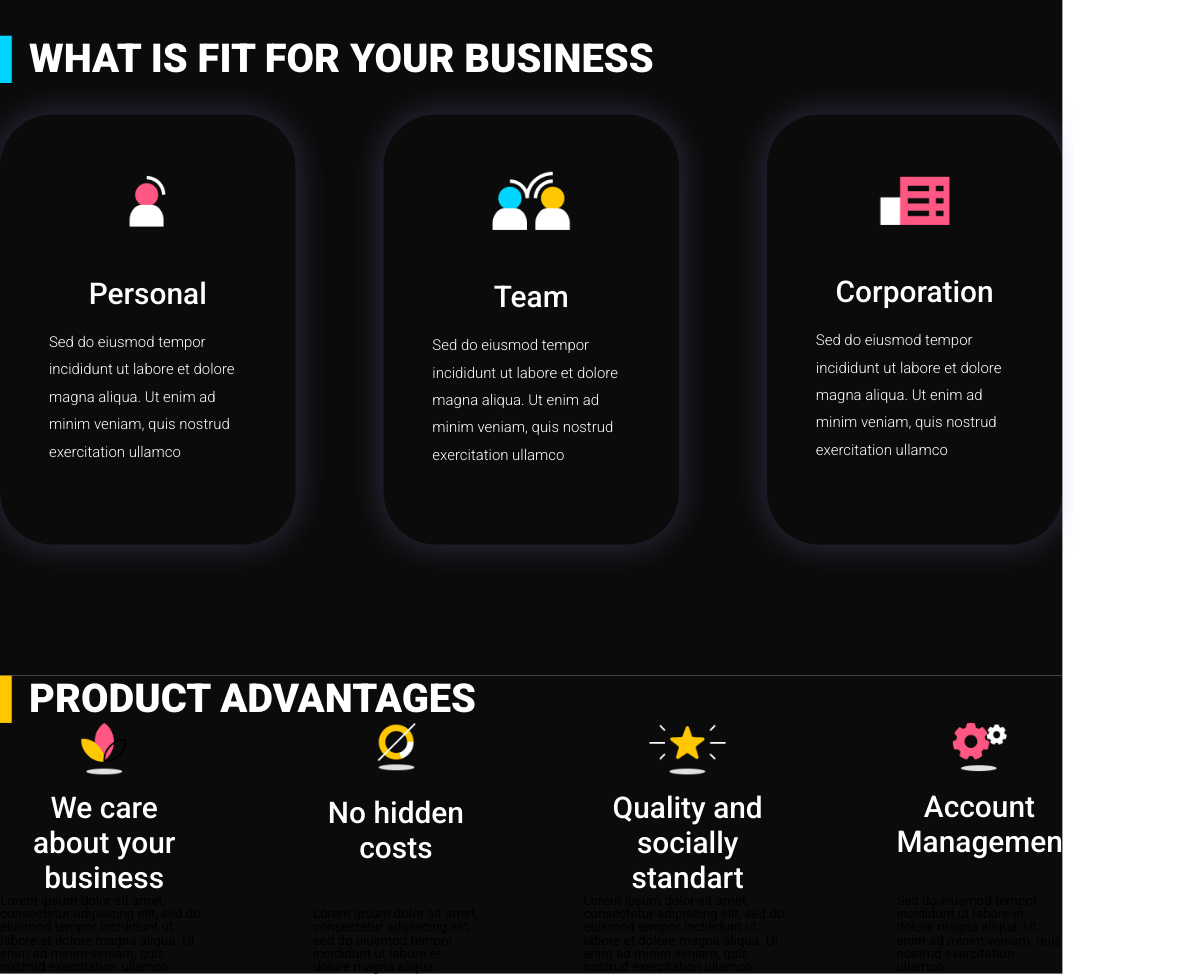
Repository: VetaWhale/team-site-test
Page: index.html
The author's editor kept a copy of each file at every save. The page is drawn from the files as they stood at one save, then again after a run of saves.
The browser window is 1280 px wide. The page is 1293 px wide, then 1443 px, then 1293 px, so the pictures cover 1443 px, including what lies to the right of the window. The pictures show the whole page, at 83% of full size.
Some web fonts or font styles are not loaded; a fallback is used.

Above is the page before, as saved 2023-04-24 14:28:44.

After the next 2 saves:
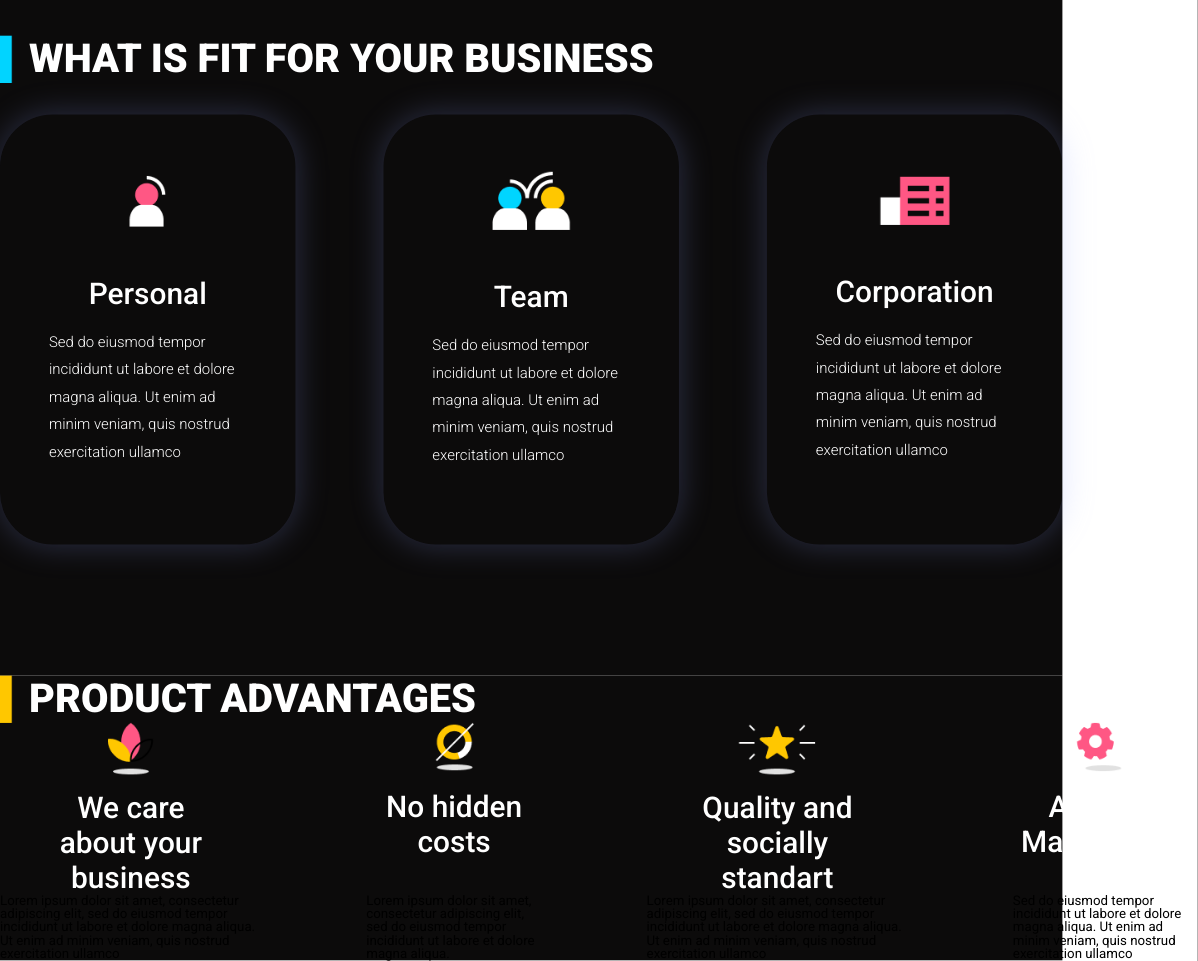
The 2 saves are shown as one change because they came seconds apart.
The last was saved 29 s later.
--- a/css/product.css
+++ b/css/product.css
@@ -15,8 +15,7 @@
 
 .product__container {
     display: flex;
-    width: 100%;
-    max-width: 1440px;
+    width: 1440px;
     flex-direction: row;
     gap: 126px;
 }

After the save that followed:
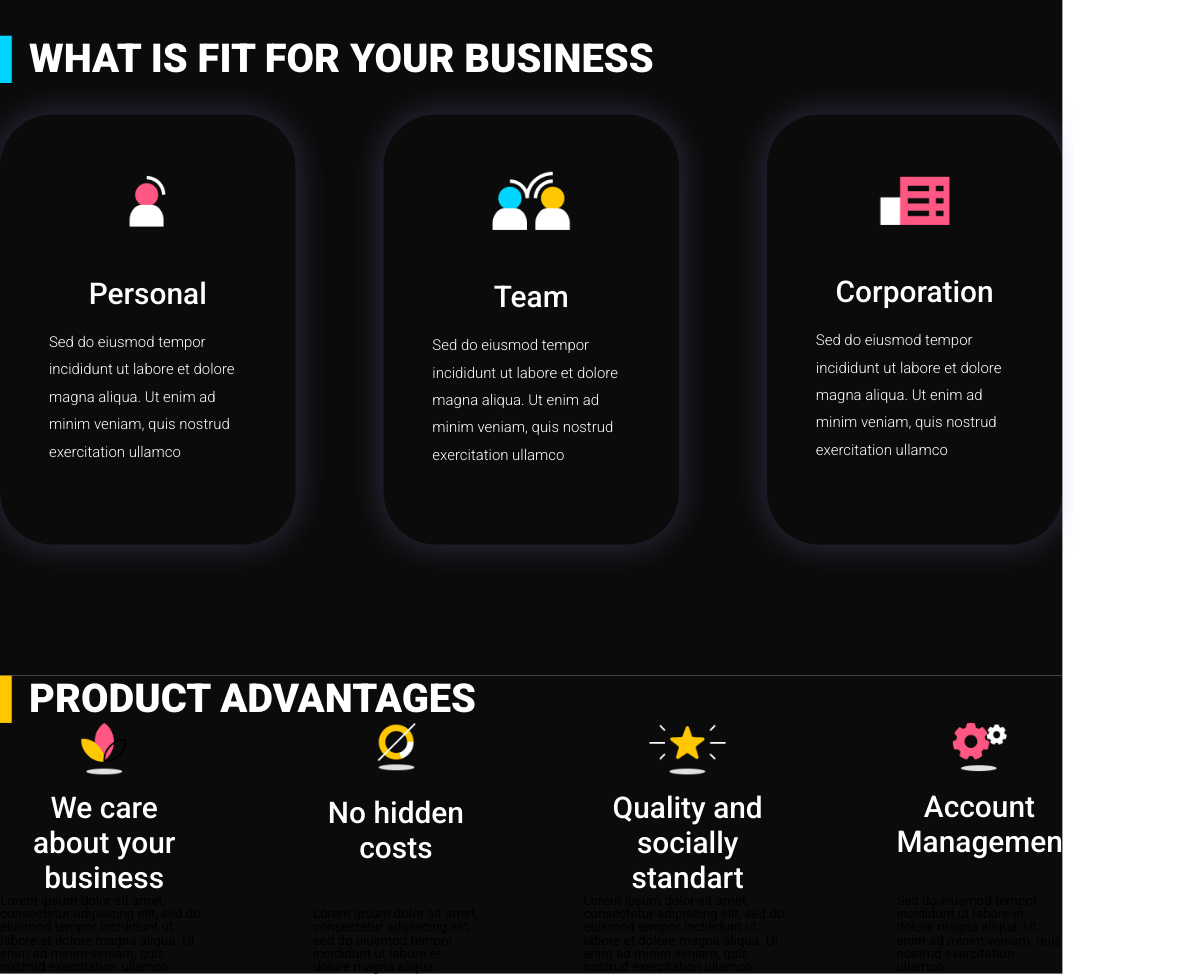
Saved 9 s later.
--- a/css/product.css
+++ b/css/product.css
@@ -15,7 +15,9 @@
 
 .product__container {
     display: flex;
-    width: 1440px;
+    margin: 0 auto;
+    width: 100%;
+    max-width: 1440px;
     flex-direction: row;
     gap: 126px;
 }
